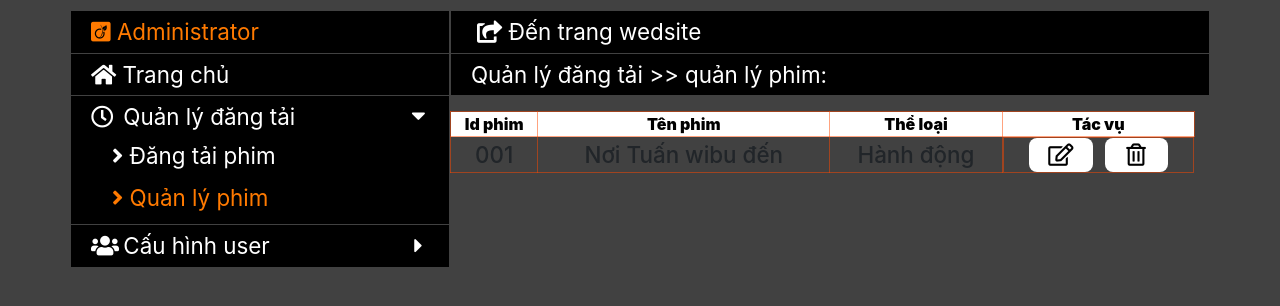
Repository: SonNguyen892002/Lau-Dai-Code
Page: http://localhost/wed-jdbc-1-2023/views/admin/qlphim.jsp
The author's editor kept a copy of each file at every save. The page is drawn from the files as they stood at one save, then again after the next save.
The browser window is 1280 px wide. The pictures show the whole page.
The page is served by Tomcat 9. Other server files are loaded and not shown.

Above is the page before, as saved 2022-01-16 04:45:38.

### workspace/wed-jdbc-1-2023/src/main/webapp/views/admin/qlphim.jsp
<%@ page language="java" contentType="text/html; charset=UTF-8"
    pageEncoding="UTF-8"%>
<%@ include file="header.jsp" %>

<table class="mt mb ">
	<tr>
		<td>Id phim</td>
		<td>Tên phim</td>
		<td>Thể loại</td>
		<td>Tác vụ</td>
	</tr>

	<tr>
		<th>001</th>
		<th>Nơi Tuấn wibu đến</th>
		<th>Hành động</th>
		<th class="row m0 center"><a href="#"
			class="col-xl-4 col-lg-4 col-sm-4 col-4 backgr"><i
				class="far fa-edit"></i></a> <a href="#"
			class="col-xl-4 col-lg-4 col-sm-4 col-4 backgr"><i
				class="far fa-trash-alt"></i></a></th>
	</tr>

</table>

<script>
	const btnA = document.querySelector('.t');
	document.querySelector('#menu').classList.remove('off');
	document.querySelector('#menu .l').classList.add('active');
	document.querySelector('.a').classList.add('down');

	btnA.innerHTML = "Quản lý đăng tải >> quản lý phim:";
</script>

<%@ include file="footer.jsp" %>

### workspace/wed-jdbc-1-2023/src/main/webapp/views/admin/header.jsp
<%@ page language="java" contentType="text/html; charset=UTF-8"
    pageEncoding="UTF-8"%>
<!DOCTYPE html>
<html>
<head>
    <meta charset="UTF-8">
    <title>admin</title>
    <link rel="stylesheet" href="./styleadmin.css">
    <link rel="stylesheet" href="../fontawesome-free-5.15.3-web/css/all.min.css">
    <link rel="stylesheet" href="https://cdn.jsdelivr.net/npm/bootstrap@4.6.1/dist/css/bootstrap.min.css">
</head>
<body>

    <div class="container mb">
        <div class="row">

            <div class="col-xl-4 p0">

                <div class="black p2 sz">
                    <i class="fab fa-viadeo-square"></i>
                    Administrator
                </div>

                <div class="black p2">
                    <i class="fas fa-home"></i>
                    Trang chủ
                </div>

                <!-- QUẢN LÝ ĐĂNG TẢI -->
                <div class="black p2">
                    <div id="btn" onclick="Button()" class="row">
                        <div class="col-xl-1">
                            <i class="far fa-clock"></i>
                        </div>

                        <div class="col-xl-9">
                            <span>
                                Quản lý đăng tải
                            </span>
                        </div>

                        <div class="col-xl-2">
                            <span class="a">
                                <i class="fas fa-caret-right"></i>
                            </span>
                        </div>
                    </div>

                    <div id="menu" class="off">
                        <a href="./dangtaiphim.jsp" class="black p2">
                            <i class="fas fa-angle-right"></i>
                            <span>Đăng tải phim</span>
                        </a>

                        <a href="./qlphim.jsp" class="black p2 l">
                            <i class="fas fa-angle-right"></i>
                            <span>Quản lý phim</span>
                        </a>
                    </div>
                </div>

                <!-- CẤU HÌNH USER -->
                <div class="black p2">
                    <div id="btn" onclick="Button1()" class="row">
                        <div class="col-xl-1 col-lg-1 col-sm-1 col-1">
                            <i class="fas fa-users"></i>
                        </div>

                        <div class="col-xl-9 col-lg-9 col-sm-9 col-9">
                            <span>
                                Cấu hình user
                            </span>
                        </div>

                        <div class="col-xl-2 col-lg-2 col-sm-2 col-2">
                            <span class="a1">
                                <i class="fas fa-caret-right"></i>
                            </span>
                        </div>
                    </div>

                    <div id="menu1" class="off">
                        <a href="./tkadmin.jsp" class="black p2">
                            <i class="fas fa-angle-right"></i>
                            <span>Tài khoản admin</span>
                        </a>

                        <a href="./phanquyen.jsp" class="black p2 k">
                            <i class="fas fa-angle-right"></i>
                            <span>Phân quyền</span>
                        </a>

                        <a href="./qluser.jsp" class="black p2 j">
                            <i class="fas fa-angle-right"></i>
                            <span>Quản lý user</span>
                        </a>
                    </div>
                </div>

            </div>

            <div class="col-xl-8 p0">

                <div class="black p2">
                    <a href="../wed/home.jsp" target="_blank">
                        <i class="fas fa-share-square"></i>
                        Đến trang wedsite
                    </a>
                </div>

                <div class="black p2">
                    <span class="t">Quản lý đăng tải >></span>
                </div>

### workspace/wed-jdbc-1-2023/src/main/webapp/views/admin/footer.jsp

            </div>
        </div>

    </div>

    <script>
        const navMenu = document.querySelector('#menu');
        const navMenu1 = document.querySelector('#menu1');
        const navDown = document.querySelector('.a');
        const navDown1 = document.querySelector('.a1');

        function Button() {
            navMenu.classList.toggle('off');
            navDown.classList.toggle('down');
        }

        function Button1() {
            navMenu1.classList.toggle('off');
            navDown1.classList.toggle('down');
        }
    </script>

</body>
</html>

### workspace/wed-jdbc-1-2023/src/main/webapp/views/admin/styleadmin.css
:root{
    --color-orange: #FF7A00;
    --color-white: rgb(255, 255, 255);
    --background-black: #000;
}

*{
    padding: 0;
    margin: 0;
    box-sizing: border-box;
}

body{
    background-color: #414141 !important;
    font-size: 62.5%;
    font-family: 'Lato', sans-serif;
}

a{
    color: var(--color-white) !important;
    display: block;
    margin: 0 6px;
    transition: 0.2s;
}

.white{
    background-color: var(--color-white);
    color:rgb(73, 22, 22);
    padding: 6px 16px;
}

.backgr{
    background-color: var(--color-white);
    color:#000 !important;
    border-radius: 8px;
}

.backgr:hover{
    background-color: var(--color-orange);
    color:#fff !important;
}

.p3{
    padding: 2px 6px !important;
}

.p4{
    padding: 0 0 0 6px !important;
}

#btn:hover,
a:hover{
    text-decoration: none !important;
    color: var(--color-orange) !important;
    cursor: pointer;
}

.container{
    margin-top: 10px;
}

.black{
    background-color: var(--background-black);
    color: var(--color-white);
    font-size: 1.4rem;
}

.p0{
    padding: 0 !important;
}

.p2{
    padding: 4px 0 4px 20px;
    margin: 1px !important;
}

.mt{
    margin-top: 16px;
}

.m0{
    margin: 0 !important;
}

.mb{
    margin-bottom: 16px;
}

.mr{
    margin-right: 16px;
}

.sz{
    color: var(--color-orange);
}

.off{
    display: none;
}

.down{
    transform:rotate(90deg);
    display: inline-block;
}

.active{
    color: var(--color-orange) !important;
}

.border{
    border: 1px solid #fff;
}

.border input{
    font-size:1rem;
}

h5{
    transform: translateY(30%);
}

select{
    width: 100%;
    background-color: transparent;
    transform: translateY(14%);
    color: #fff;
    outline: none;
    border: none;
}

select option{
    color: #000;
}

input[type="text"],
input[type="password"],
textarea {
    width: 100%;
    background-color: transparent;
    border: 1px solid #fff;
    color: #fff;
    outline: none;
    padding: 6px 0 6px 20px;
    font-size:1.2rem;
}

input[type="text"]::placeholder{
    color: rgba(255, 255, 255, 0.404);
}

input[type="button"],
input[type="reset"]{
    width: 94%;
    color: var(--color-white);
    background-color: var(--color-orange);
    border-radius:10px;
    outline: none;
    border: none;
}

input[type="checkbox"]{
    transform: translateY(18%);
    width: 26px;
    height: 26px;
}

.ct,
td,th{
    text-align: center !important;
}

.center{
    justify-content: center;
}

table{
    width: 98%;
}

th{
    border: 1px solid rgba(255, 72, 0, 0.5);
    font-size: 1.4rem;
    font-weight: 500;
}

td{
    background: var(--color-white);
    border: 1px solid rgba(255, 72, 0, 0.5);
    color: #000;
    font-weight: 900;
}

#btnPassword{
    position: relative;
}

#btnPassword i{
    transform: translateY(20%);
}

#btnPassword::before{
    content: "";
    position: absolute;
    top: 46%;
    left: -8%;
    width: 80%;
    height: 2px;
    background: var(--color-white);
    display: block;
    transform:rotate(45deg);
}

.b::before{
    display: none !important;
}

Loaded but not shown: workspace/wed-jdbc-1-2023/src/main/webapp/template/icon/fontawesome-free-5.15.3-web/css/all.min.css (library)

After the next save:
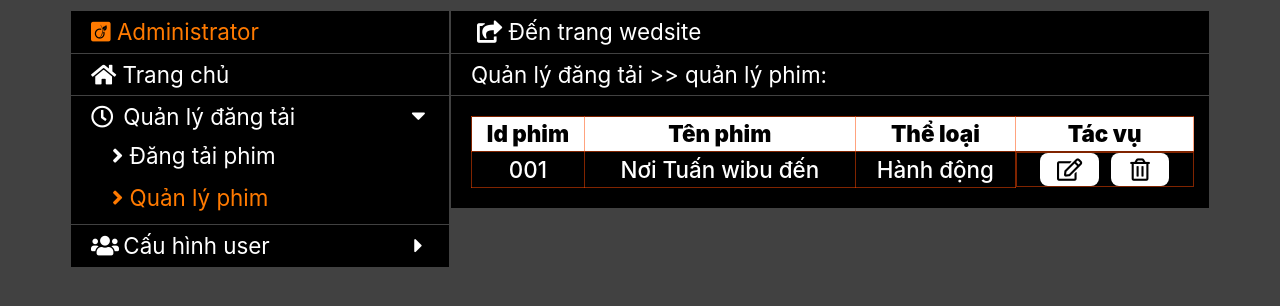
Saved 17 s later.
--- a/workspace/wed-jdbc-1-2023/src/main/webapp/views/admin/qlphim.jsp
+++ b/workspace/wed-jdbc-1-2023/src/main/webapp/views/admin/qlphim.jsp
@@ -2,26 +2,30 @@
     pageEncoding="UTF-8"%>
 <%@ include file="header.jsp" %>
 
-<table class="mt mb ">
-	<tr>
-		<td>Id phim</td>
-		<td>Tên phim</td>
-		<td>Thể loại</td>
-		<td>Tác vụ</td>
-	</tr>
+<div class="black p2">
 
-	<tr>
-		<th>001</th>
-		<th>Nơi Tuấn wibu đến</th>
-		<th>Hành động</th>
-		<th class="row m0 center"><a href="#"
-			class="col-xl-4 col-lg-4 col-sm-4 col-4 backgr"><i
-				class="far fa-edit"></i></a> <a href="#"
-			class="col-xl-4 col-lg-4 col-sm-4 col-4 backgr"><i
-				class="far fa-trash-alt"></i></a></th>
-	</tr>
+	<table class="mt mb ">
+		<tr>
+			<td>Id phim</td>
+			<td>Tên phim</td>
+			<td>Thể loại</td>
+			<td>Tác vụ</td>
+		</tr>
 
-</table>
+		<tr>
+			<th>001</th>
+			<th>Nơi Tuấn wibu đến</th>
+			<th>Hành động</th>
+			<th class="row m0 center"><a href="#"
+				class="col-xl-4 col-lg-4 col-sm-4 col-4 backgr"><i
+					class="far fa-edit"></i></a> <a href="#"
+				class="col-xl-4 col-lg-4 col-sm-4 col-4 backgr"><i
+					class="far fa-trash-alt"></i></a></th>
+		</tr>
+
+	</table>
+
+</div>
 
 <script>
 	const btnA = document.querySelector('.t');
